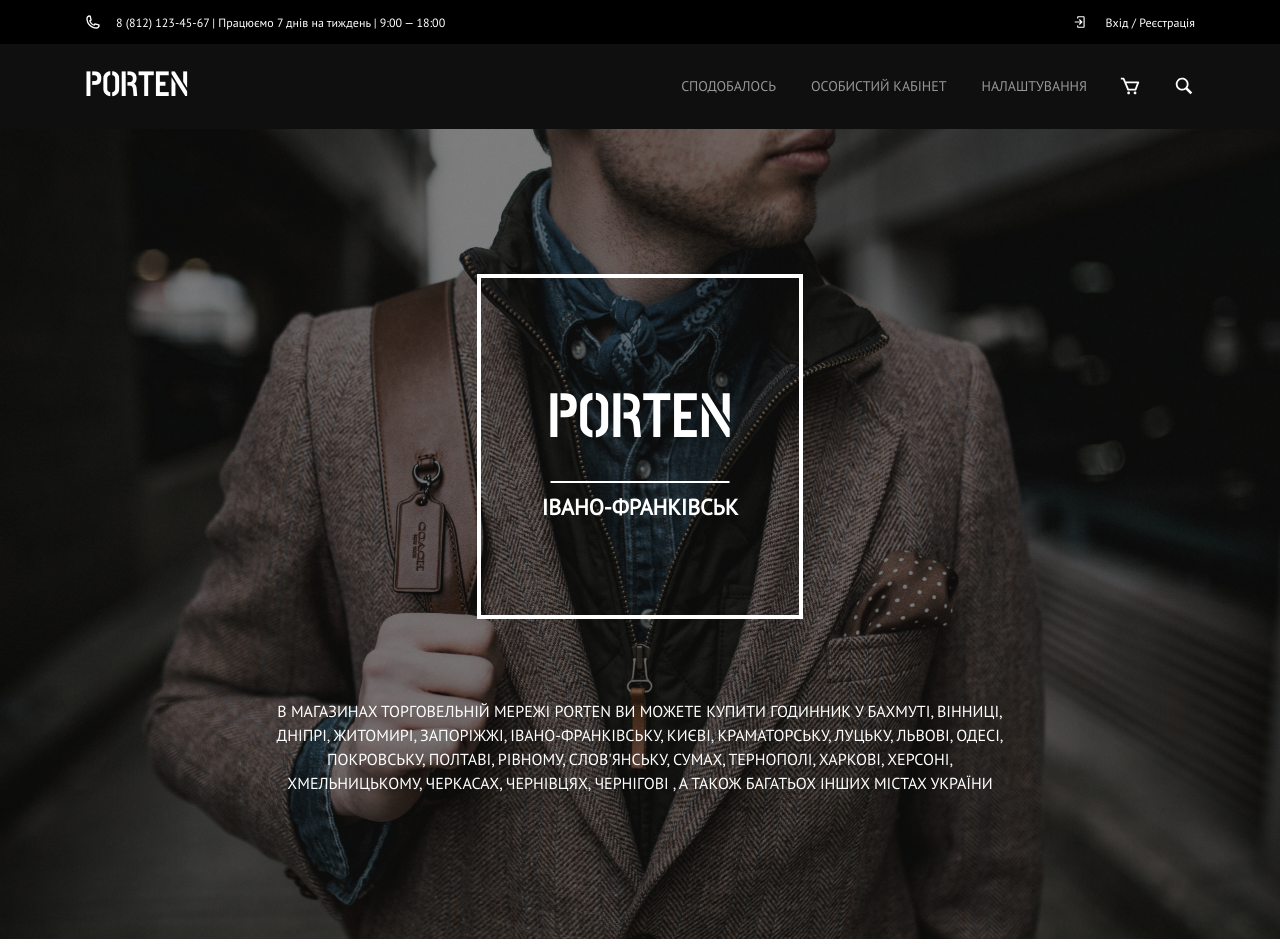
Repository: KYUUBI-K/porten
Page: index.html
The author's editor kept a copy of each file at every save. The page is drawn from the files as they stood at one save, then again after the next save.
The browser window is 1280 px wide. The pictures show the whole page.

Above is the page before, as saved 2025-09-09 21:30:11.

### index.html
<!DOCTYPE html>
<html lang="en">
  <head>
    <meta charset="UTF-8" />
    <meta name="viewport" content="width=device-width, initial-scale=1.0" />
    <title>Cappadocia</title>
    <link rel="stylesheet" href="./styles.css" />
    <script defer src="./index.js"></script>
  </head>
  <body>
    <header class="header">
      <div class="top-line">
        <div class="wrapper">
          <div class="top-line-content">
            <div class="info">
              <svg
                width="16"
                height="16"
                viewBox="0 0 16 16"
                fill="none"
                xmlns="http://www.w3.org/2000/svg"
              >
                <path
                  d="M11.6 14.6667C8.87817 14.6631 6.26886 13.5803 4.34425 11.6557C2.41964 9.73112 1.33684 7.1218 1.33331 4.39999C1.33331 3.58666 1.65641 2.80665 2.23152 2.23153C2.80663 1.65642 3.58665 1.33333 4.39998 1.33333C4.57221 1.33202 4.74415 1.34765 4.91331 1.37999C5.07685 1.4042 5.23762 1.44439 5.39331 1.49999C5.50281 1.53841 5.60039 1.60475 5.67639 1.69244C5.75239 1.78014 5.80418 1.88615 5.82665 1.99999L6.73998 5.99999C6.7646 6.10857 6.76163 6.22158 6.73136 6.32872C6.70108 6.43585 6.64445 6.5337 6.56665 6.61333C6.47998 6.70666 6.47331 6.71333 5.65331 7.13999C6.30998 8.58057 7.46211 9.73743 8.89998 10.4C9.33331 9.57333 9.33998 9.56666 9.43331 9.47999C9.51294 9.40219 9.61079 9.34556 9.71792 9.31528C9.82506 9.28501 9.93807 9.28204 10.0466 9.30666L14.0466 10.22C14.1568 10.2456 14.2587 10.2988 14.3427 10.3746C14.4267 10.4504 14.49 10.5463 14.5266 10.6533C14.5829 10.8116 14.6253 10.9744 14.6533 11.14C14.6801 11.3075 14.6935 11.477 14.6933 11.6467C14.681 12.4565 14.3488 13.2286 13.7693 13.7944C13.1897 14.3602 12.4099 14.6738 11.6 14.6667V14.6667ZM4.39998 2.66666C3.94081 2.66842 3.50095 2.8516 3.17627 3.17628C2.85158 3.50097 2.6684 3.94083 2.66665 4.39999C2.66841 6.76872 3.61017 9.03992 5.28511 10.7149C6.96005 12.3898 9.23125 13.3316 11.6 13.3333C12.0591 13.3316 12.499 13.1484 12.8237 12.8237C13.1484 12.499 13.3316 12.0592 13.3333 11.6V11.38L10.24 10.6667L10.0466 11.0333C9.74665 11.6133 9.52665 12.0333 8.96665 11.8067C7.8619 11.4112 6.85911 10.7747 6.03114 9.94325C5.20316 9.11181 4.57079 8.10638 4.17998 6.99999C3.93998 6.47999 4.39331 6.23999 4.96665 5.93999L5.33331 5.75999L4.61998 2.66666H4.39998Z"
                  fill="white"
                />
              </svg>
              8 (812) 123-45-67 | Працюємо 7 днів на тиждень | 9:00 — 18:00
            </div>
            <div class="login">
              <svg
                width="14"
                height="14"
                viewBox="0 0 14 14"
                fill="none"
                xmlns="http://www.w3.org/2000/svg"
              >
                <path
                  d="M5.25001 1.16675H10.5C11.1417 1.16675 11.6667 1.69175 11.6667 2.33341V11.6667C11.6667 12.3084 11.1417 12.8334 10.5 12.8334H5.25001C4.60834 12.8334 4.08334 12.3084 4.08334 11.6667V10.5001H5.25001V11.6667H10.5V2.33341H5.25001V3.50008H4.08334V2.33341C4.08334 1.69175 4.60834 1.16675 5.25001 1.16675Z"
                  fill="white"
                />
                <path
                  d="M5.88583 9.09409L6.70833 9.91659L9.625 6.99992L6.70833 4.08325L5.88583 4.90575L7.39083 6.41659H1.75V7.58325H7.39083L5.88583 9.09409Z"
                  fill="white"
                />
              </svg>
              Вхід / Реєстрація
            </div>
          </div>
        </div>
      </div>
      <div class="bot-line">
        <div class="wrapper">
          <div class="bot-line-content">
            <div class="header-logo">PORTEN</div>
            <nav class="header-menu">
              <ul class="header-menu-list">
                <li class="header-menu-item">
                  <a class="header-menu-link" href="#liked">cподобалось</a>
                </li>
                <li class="header-menu-item">
                  <a class="header-menu-link" href="#office"
                    >Особистий кабінет</a
                  >
                </li>
                <li class="header-menu-item">
                  <a class="header-menu-link" href="#settings">налаштування</a>
                </li>
              </ul>
              <svg
                width="22"
                height="22"
                viewBox="0 0 22 22"
                fill="none"
                xmlns="http://www.w3.org/2000/svg"
              >
                <path
                  d="M20.0035 6.81175C19.9192 6.6899 19.8066 6.59031 19.6754 6.5215C19.5441 6.45269 19.3982 6.41672 19.25 6.41667H6.72193L5.66409 3.8775C5.52539 3.54312 5.29052 3.25746 4.98927 3.05673C4.68801 2.856 4.33393 2.74925 3.97193 2.75H1.83334V4.58334H3.97193L8.32059 15.0196C8.39025 15.1866 8.50775 15.3292 8.65831 15.4295C8.80887 15.5298 8.98575 15.5834 9.16668 15.5833H16.5C16.8823 15.5833 17.2242 15.3459 17.3589 14.9893L20.1089 7.656C20.1609 7.51724 20.1785 7.36794 20.1601 7.22091C20.1417 7.07387 20.088 6.93348 20.0035 6.81175ZM15.8648 13.75H9.77809L7.48643 8.25H17.9273L15.8648 13.75Z"
                  fill="white"
                />
                <path
                  d="M9.625 19.25C10.3844 19.25 11 18.6344 11 17.875C11 17.1156 10.3844 16.5 9.625 16.5C8.86561 16.5 8.25 17.1156 8.25 17.875C8.25 18.6344 8.86561 19.25 9.625 19.25Z"
                  fill="white"
                />
                <path
                  d="M16.0417 19.25C16.8011 19.25 17.4167 18.6344 17.4167 17.875C17.4167 17.1156 16.8011 16.5 16.0417 16.5C15.2823 16.5 14.6667 17.1156 14.6667 17.875C14.6667 18.6344 15.2823 19.25 16.0417 19.25Z"
                  fill="white"
                />
              </svg>
              <svg
                width="22"
                height="22"
                viewBox="0 0 22 22"
                fill="none"
                xmlns="http://www.w3.org/2000/svg"
              >
                <path
                  d="M19.25 17.4167L14.5255 12.6922C15.3989 11.3648 15.7488 9.76053 15.5073 8.18999C15.2658 6.61945 14.4501 5.19437 13.2182 4.19068C11.9864 3.18698 10.4259 2.67606 8.83895 2.75684C7.252 2.83762 5.75147 3.50434 4.62788 4.62794C3.50428 5.75153 2.83755 7.25206 2.75678 8.83901C2.676 10.426 3.18692 11.9864 4.19061 13.2183C5.19431 14.4502 6.61939 15.2658 8.18993 15.5073C9.76047 15.7488 11.3648 15.399 12.6922 14.5256L17.4167 19.2501L19.25 17.4167ZM4.58335 9.16675C4.58335 6.6395 6.63944 4.58341 9.16669 4.58341C11.6939 4.58341 13.75 6.6395 13.75 9.16675C13.75 11.694 11.6939 13.7501 9.16669 13.7501C6.63944 13.7501 4.58335 11.694 4.58335 9.16675Z"
                  fill="white"
                />
              </svg>
            </nav>
          </div>
        </div>
      </div>
    </header>
    <section class="banner">
      <div class="banner-logo">
        <h1 class="banner-title">PORTEN</h1>
        <svg
          class="line"
          width="179"
          height="2"
          viewBox="0 0 179 2"
          fill="none"
          xmlns="http://www.w3.org/2000/svg"
        >
          <line
            x1="-8.74228e-08"
            y1="1"
            x2="179"
            y2="0.999984"
            stroke="white"
            stroke-width="2"
          />
        </svg>
        <h2 class="banner-subtitle">івано-франківськ</h2>
      </div>
      <div class="banner-info">
        В магазинах Торговельній мережі Porten ви можете купити годинник у
        Бахмуті, Вінниці, Дніпрі, Житомирі, Запоріжжі, Івано-Франківську, Києві,
        Краматорську, Луцьку, Львові, Одесі, Покровську, Полтаві, Рівному,
        Слов'янську, Сумах, Тернополі, Харкові, Херсоні, Хмельницькому,
        Черкасах, Чернівцях, Чернігові , а також багатьох інших містах України
      </div>
    </section>
  </body>
</html>

### styles.css
@font-face {
  font-family: "PT Sans";
  src: url("./fonts/PTSans-Regular.woff2") format("woff2");
  font-weight: 400;
  font-style: normal;
  font-display: swap;
}

@font-face {
  font-family: "Playfair Display";
  src: url("./fonts/PlayfairDisplay-Regular.woff2") format("woff2");
  font-weight: 400;
  font-style: normal;
  font-display: swap;
}

@font-face {
  font-family: "Playfair Display";
  src: url("./fonts/PlayfairDisplay-Bold.woff2") format("woff2");
  font-weight: 700;
  font-style: normal;
  font-display: swap;
}

@font-face {
  font-family: "Post No Bills Jaffna";
  src: url("./fonts/PostNoBillsJaffna-Bold.woff2") format("woff2");
  font-weight: 700;
  font-style: normal;
  font-display: swap;
}

html {
  box-sizing: border-box;
}
*,
*::before,
*::after {
  box-sizing: inherit;
  margin: 0;
  padding: 0;
}

:root {
  --color-dark: #000000;
  --color-light-dark: #0f0f0f;
  --color-white: #ffffff;
  --light-gray: #d0d0d0;
  --color-gray: #969696;

  --border: 1px solid var(--color-white);

  --font-family-base: "PT Sans", sans-serif;
  --font-family-accent: "Playfair Display", sans-serif;
  --font-family-logo: "Post No Bills Jaffna", sans-serif;

  --input-height: 47px;
}

body {
  font-size: 14px;
  font-family: var(--font-family-base);
  background-color: var(--color-dark);
  color: var(--color-white);
}

li {
  list-style: none;
}
a {
  text-decoration: none;
  color: inherit;
}
.wrapper {
  margin: 0 auto;
  max-width: 1110px;
}

.top-line-content {
  font-family: var(--font-family-base);
  font-size: 12px;
  display: flex;
  justify-content: space-between;
  padding: 14px 0px;
}
.info {
  display: flex;
  align-items: center;
  column-gap: 15px;
}

.login {
  display: flex;
  align-items: center;
  column-gap: 19px;
}

.bot-line {
  background-color: var(--color-light-dark);
}

.bot-line-content {
  display: flex;
  justify-content: space-between;
  padding: 15px 0 16px 0;
}

.header-menu {
  font-family: var(--font-family-base);
  font-size: 14px;
  color: var(--color-gray);
  display: flex;
  justify-content: space-between;
  gap: 32px;
  align-items: center;
}
.header-menu-list {
  display: flex;
  text-transform: uppercase;
  gap: 35px;
}
.header-logo {
  font-family: var(--font-family-logo);
  font-size: 36px;
}

.banner {
  position: relative;
  display: flex;
  flex-direction: column;
  justify-content: center;
  align-items: center;
  text-align: center;
  text-transform: uppercase;
  min-height: 810px;
  background: linear-gradient(
      0deg,
      rgba(15, 15, 15, 0.5) 0%,
      rgba(15, 15, 15, 0.5) 100%
    ),
    url(/images/Rectangle\ 3.png) lightgray 50% / cover no-repeat;
}
.banner-logo {
  margin-bottom: 80px;
  border: 4px solid #fff;
  padding: 93px 61px 94px 61px;
}
.banner-title {
  font-family: var(--font-family-logo);
  font-size: 64px;
  font-weight: 700;
  margin: 0;
}

.banner-subtitle {
  font-family: var(--font-family-base);
  font-size: 22px;
}

.banner-info {
  font-family: var(--font-family-base);
  font-size: 16px;
  font-style: normal;
  font-weight: 400;
  line-height: 150%;
  max-width: 730px;
}
.line {
  display: block; /* не inline */
  width: 180px;
  height: 2px;
  margin: 14px auto 10px; /* центрує по горизонталі */
}

### index.js
document.addEventListener("DOMContentLoaded", () => {
  const sliders = document.querySelectorAll(".route-slider, .about-slider");

  sliders.forEach((slider) => {
    const slidesContainer = slider.querySelector(".slides");
    const slides = slider.querySelectorAll(".slide");
    const prevBtn = slider.querySelector(".prev");
    const nextBtn = slider.querySelector(".next");

    let currentIndex = 0;

    function updateSlide() {
      slidesContainer.style.transform = `translateX(-${currentIndex * 100}%)`;
    }

    nextBtn.addEventListener("click", () => {
      currentIndex++;
      if (currentIndex >= slides.length) {
        currentIndex = 0;
      }
      updateSlide();
    });

    prevBtn.addEventListener("click", () => {
      currentIndex--;
      if (currentIndex < 0) {
        currentIndex = slides.length - 1;
      }
      updateSlide();
    });
  });
});

After the next save:
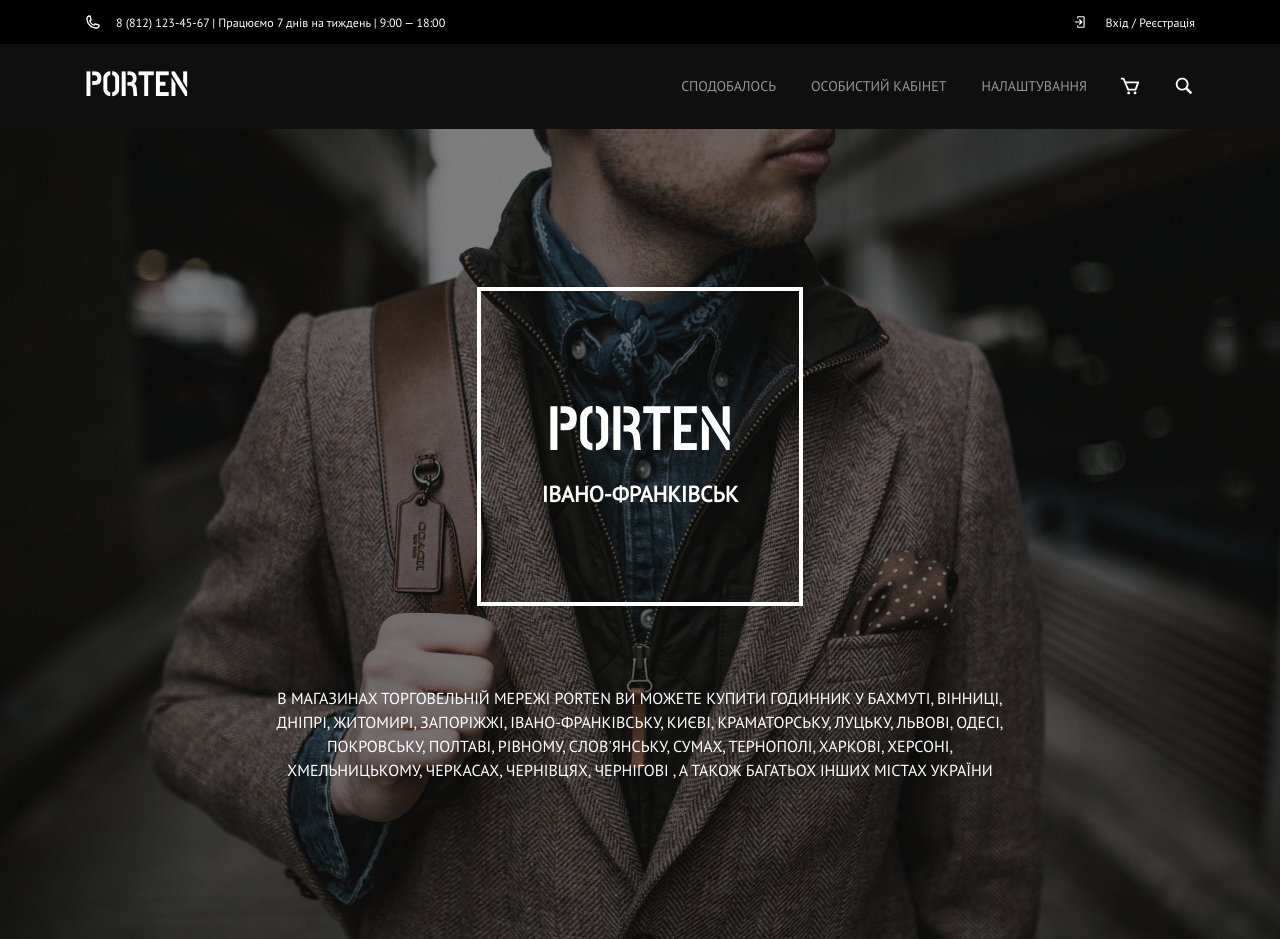
Saved 2 min 45 s later.
--- a/index.html
+++ b/index.html
@@ -107,23 +107,6 @@
     <section class="banner">
       <div class="banner-logo">
         <h1 class="banner-title">PORTEN</h1>
-        <svg
-          class="line"
-          width="179"
-          height="2"
-          viewBox="0 0 179 2"
-          fill="none"
-          xmlns="http://www.w3.org/2000/svg"
-        >
-          <line
-            x1="-8.74228e-08"
-            y1="1"
-            x2="179"
-            y2="0.999984"
-            stroke="white"
-            stroke-width="2"
-          />
-        </svg>
         <h2 class="banner-subtitle">івано-франківськ</h2>
       </div>
       <div class="banner-info">
